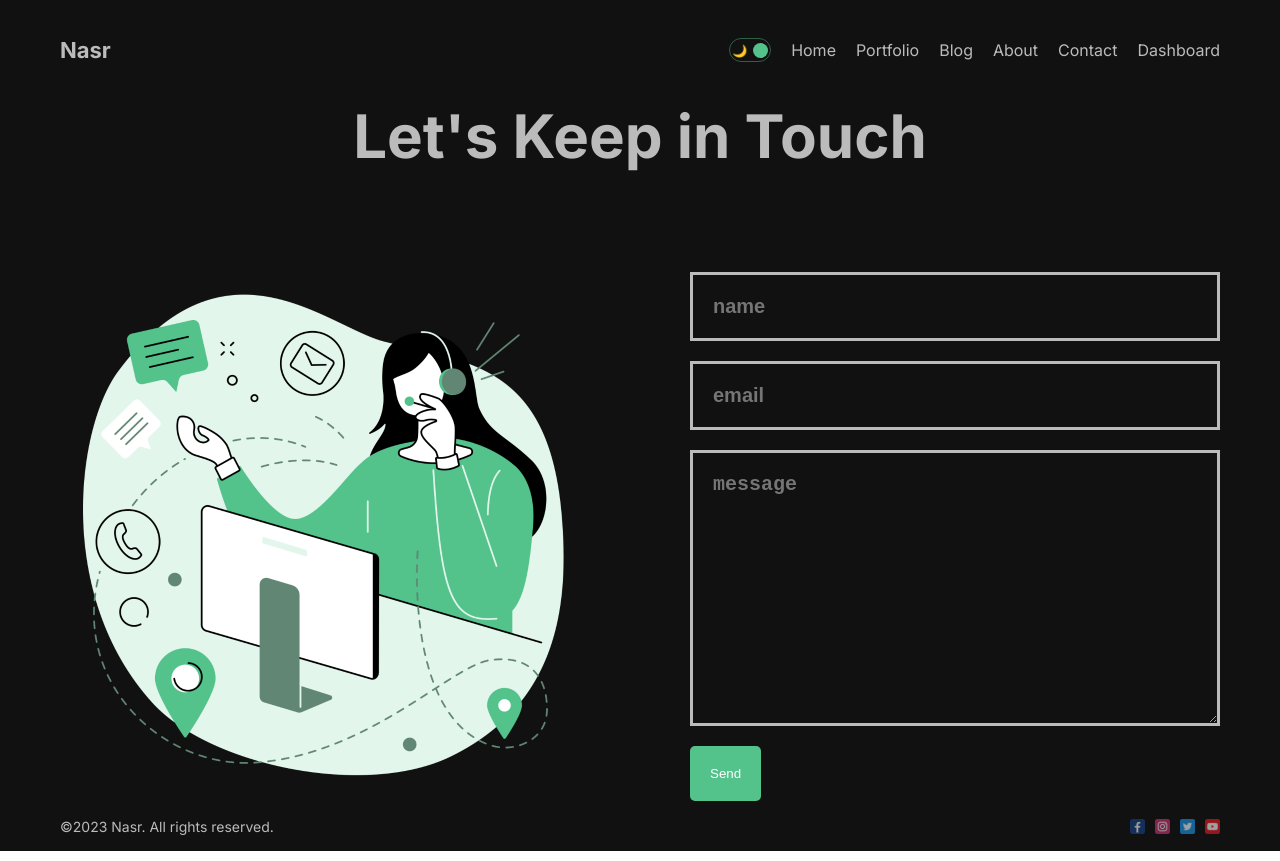
Repository: MoNasr2022/Nast-Blog
Page: /contact
The author's editor kept a copy of each file at every save. The page is drawn from the files as they stood at one save, then again after the next save.
The browser window is 1280 px wide. The pictures show the whole page.
The page's requests for data from a server got no answer. The project was rebuilt for these pictures with package versions that can differ from the ones it lists, and the page was loaded fresh each time. The framework's server and built-in components were replaced by stand-ins that run in the browser. No one was signed in, and anything a server would have sent is missing. Also part of the build but not shown: next.config.js.

Above is the page before, as saved 2023-06-15 11:44:47.

### src/app/layout.js
import Navbar from "@/components/navbar/Navbar";
import "./globals.css";
import { Inter, Roboto, Poppins } from "next/font/google";
import Footer from "@/components/footer/Footer";
import { ThemeProvider } from "@/context/ThemeContext";
import AuthProvider from "@/components/AuthProvider/AuthProvider";

const inter = Inter({ subsets: ["latin"] });

export const metadata = {
  title: "Nasr Blog",
  description: "This is the description",
};

export default function RootLayout({ children }) {
  return (
    <html lang="en">
      <body className={inter.className}>
        <ThemeProvider>
          <AuthProvider>
            <div className="container">
              <Navbar />
              {children}
              <Footer />
            </div>
          </AuthProvider>
        </ThemeProvider>
      </body>
    </html>
  );
}

### src/app/contact/page.jsx
import React from "react";
import styles from "./page.module.css";
import Image from "next/image";
import Button from "@/components/Button/Button";

export const metadata = {
  title: "Lama Dev Contact Information",
  description: "This is Contact Page",
};

const Contact = () => {
  return (
    <div className={styles.container}>
      <h1 className={styles.title}>Let's Keep in Touch</h1>
      <div className={styles.content}>
        <div className={styles.imgContainer}>
          <Image
            src="/contact.png"
            alt=""
            fill={true}
            className={styles.image}
          />
        </div>
        <form className={styles.form}>
          <input type="text" placeholder="name" className={styles.input} />
          <input type="text" placeholder="email" className={styles.input} />
          <textarea
            className={styles.textArea}
            placeholder="message"
            cols="30"
            rows="10"
          ></textarea>
          <Button url="#" text="Send"/>
        </form>
      </div>
    </div>
  );
};

export default Contact;

### src/components/navbar/Navbar.jsx
"use client";

import Link from "next/link";
import React from "react";
import styles from "./navbar.module.css";
import DarkModeToggle from "../DarkModeToggle/DarkModeToggle";
import { signOut, useSession } from "next-auth/react";

const links = [
  {
    id: 1,
    title: "Home",
    url: "/",
  },
  {
    id: 2,
    title: "Portfolio",
    url: "/portfolio",
  },
  {
    id: 3,
    title: "Blog",
    url: "/blog",
  },
  {
    id: 4,
    title: "About",
    url: "/about",
  },
  {
    id: 5,
    title: "Contact",
    url: "/contact",
  },
  {
    id: 6,
    title: "Dashboard",
    url: "/dashboard",
  },
];

const Navbar = () => {
  const session = useSession();

  return (
    <div className={styles.container}>
      <Link href="/" className={styles.logo}>
        Nasr
      </Link>
      <div className={styles.links}>
        <DarkModeToggle />
        {links.map((link) => (
          <Link key={link.id} href={link.url} className={styles.link}>
            {link.title}
          </Link>
        ))}
        {session.status === "authenticated" && (
          <button className={styles.logout} onClick={signOut}>
            Logout
          </button>
        )}
      </div>
    </div>
  );
};

export default Navbar;

### src/components/footer/Footer.jsx
import React from "react";
import styles from "./footer.module.css";
import Image from "next/image";

const Footer = () => {
  return (
    <div className={styles.container}>
      <div>©2023 Nasr. All rights reserved.</div>
      <div className={styles.social}>
        <Image src="/1.png" width={15} height={15} className={styles.icon} alt="Nasr Facebook Account" />
        <Image src="/2.png" width={15} height={15} className={styles.icon} alt="Nasr" />
        <Image src="/3.png" width={15} height={15} className={styles.icon} alt="Nasr" />
        <Image src="/4.png" width={15} height={15} className={styles.icon} alt="Nasr" />
      </div>
    </div>
  );
};

export default Footer;

### src/app/contact/page.module.css
.container {
}

.title {
  font-size: 60px;
  margin-bottom: 100px;
  text-align: center;
}

.content {
  display: flex;
  align-items: center;
  gap: 100px;
}

.imgContainer {
  flex: 1;
  height: 500px;
  position: relative;
}

.image {
  object-fit: contain;
  /* animation: move 3s infinite ease alternate; */
}

@keyframes move {
  from {
    transform: translateY(-15px);
  }
  to {
    transform: translateY(0px) scale(1.03);
  }
}

.form {
  flex: 1;
  display: flex;
  flex-direction: column;
  gap: 20px;
}

.input,
.textArea {
  padding: 20px;
  background-color: transparent;
  border: none;
  outline: none;
  color: #bbb;
  border: 3px solid #bbb;
  font-size: 20px;
  font-weight: bold;
}

Loaded but not shown: src/app/globals.css (common file); src/context/ThemeContext.js (common file); src/components/AuthProvider/AuthProvider.jsx (common file); src/components/Button/Button.jsx (common file); src/components/navbar/navbar.module.css (common file); src/components/DarkModeToggle/DarkModeToggle.jsx (common file); src/components/footer/footer.module.css (common file); src/components/Button/button.module.css (common file); src/components/DarkModeToggle/darkModeToggle.module.css (common file)

After the next save:
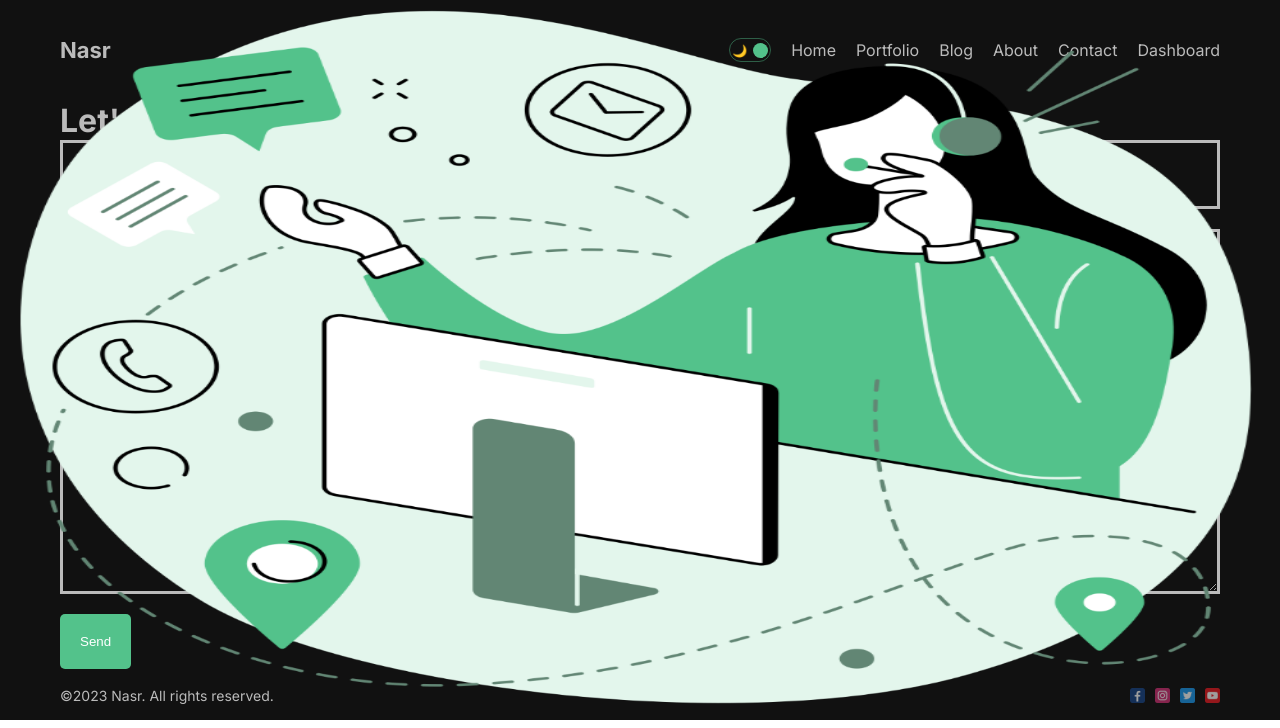
Saved 2 h 1 min later.
--- a/src/app/contact/page.module.css
+++ b/src/app/contact/page.module.css
@@ -1,4 +1,4 @@
-.container {
+/* .container {
 }
 
 .title {
@@ -50,4 +50,4 @@
   border: 3px solid #bbb;
   font-size: 20px;
   font-weight: bold;
-}
+} */

After the save that followed:
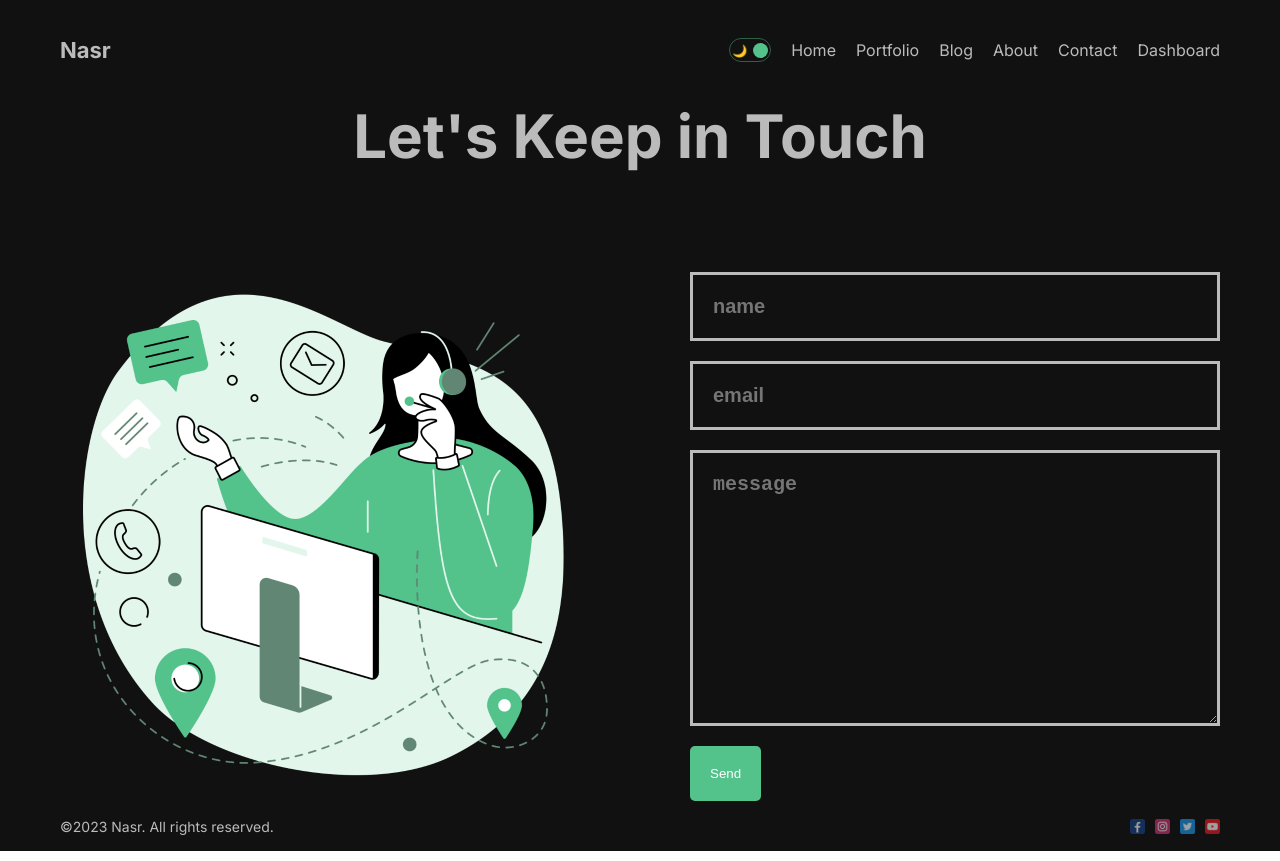
Saved 12 s later.
--- a/src/app/contact/page.module.css
+++ b/src/app/contact/page.module.css
@@ -1,4 +1,4 @@
-/* .container {
+.container {
 }
 
 .title {
@@ -50,4 +50,4 @@
   border: 3px solid #bbb;
   font-size: 20px;
   font-weight: bold;
-} */
+}
